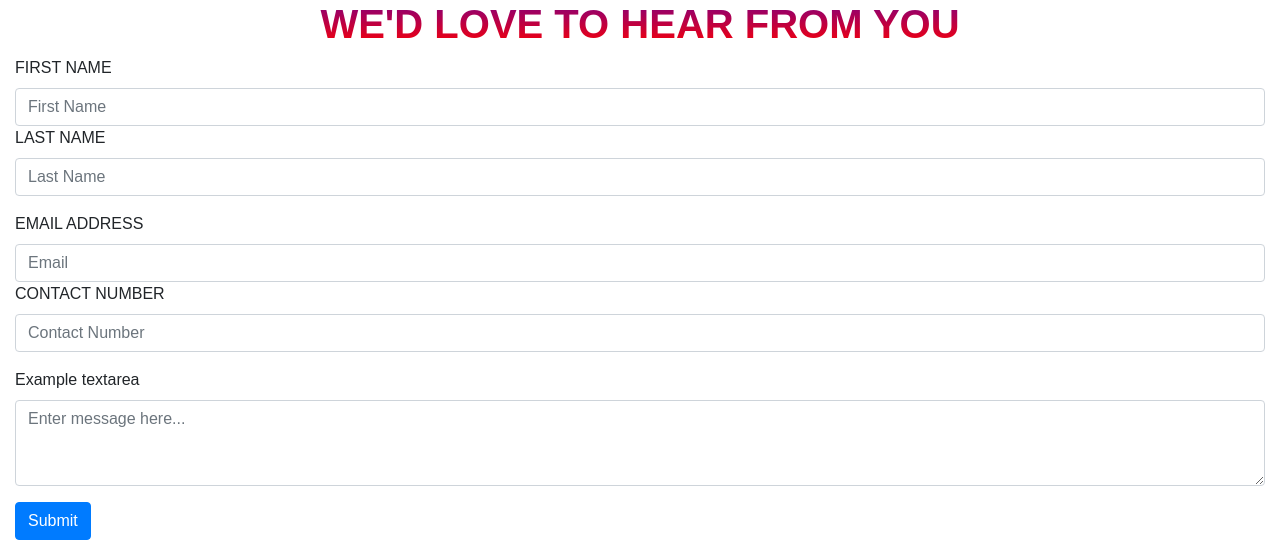
Repository: KJY93/User_Centric_Frontend_Development_Project
Page: contact.html
The author's editor kept a record of every edit. The page is drawn from the files as they stood at one moment, then again after the next edit.
The browser window is 1280 px wide. The pictures show the part of the page from y = 263 to 803 px (the page is 803 px tall before and 787 px after).
Some web fonts or font styles are not loaded; a fallback is used. Some web libraries are served in a nearby version.

Above is the page before.

After the next edit:
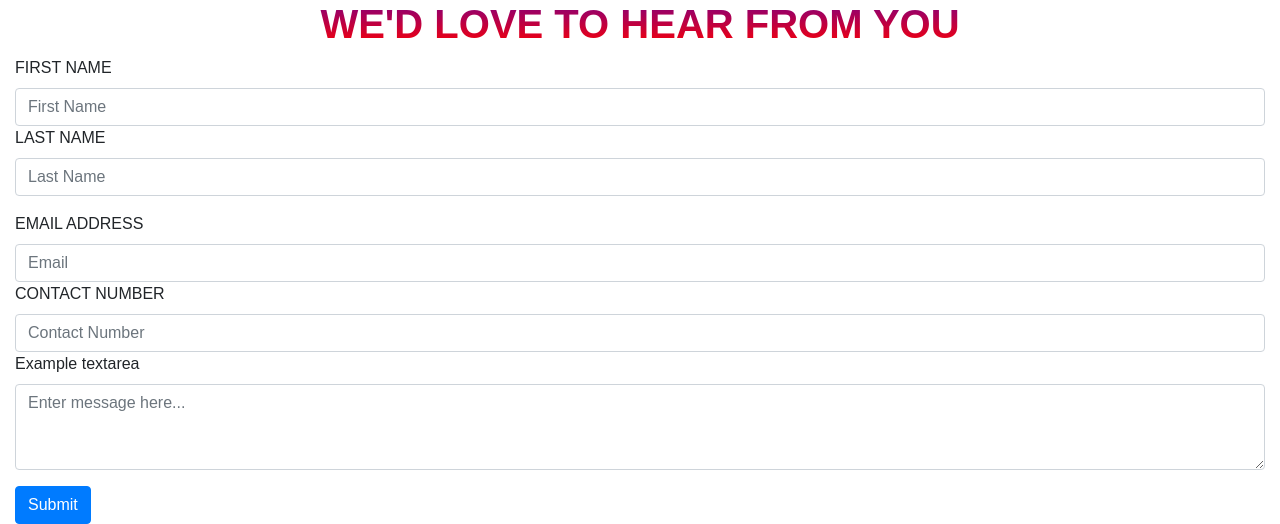
The edit:
--- a/contact.html
+++ b/contact.html
@@ -79,7 +79,7 @@
                     </div>
 
                     <div class="form-group">
-                        <label for="contact-number">CONTACT NUMBER</label>
+                        <div class="form-attribute"><label for="contact-number">CONTACT NUMBER</label>
                         <input type="text" class="form-control" id="contact-number" placeholder="Contact Number">
                     </div>
 
